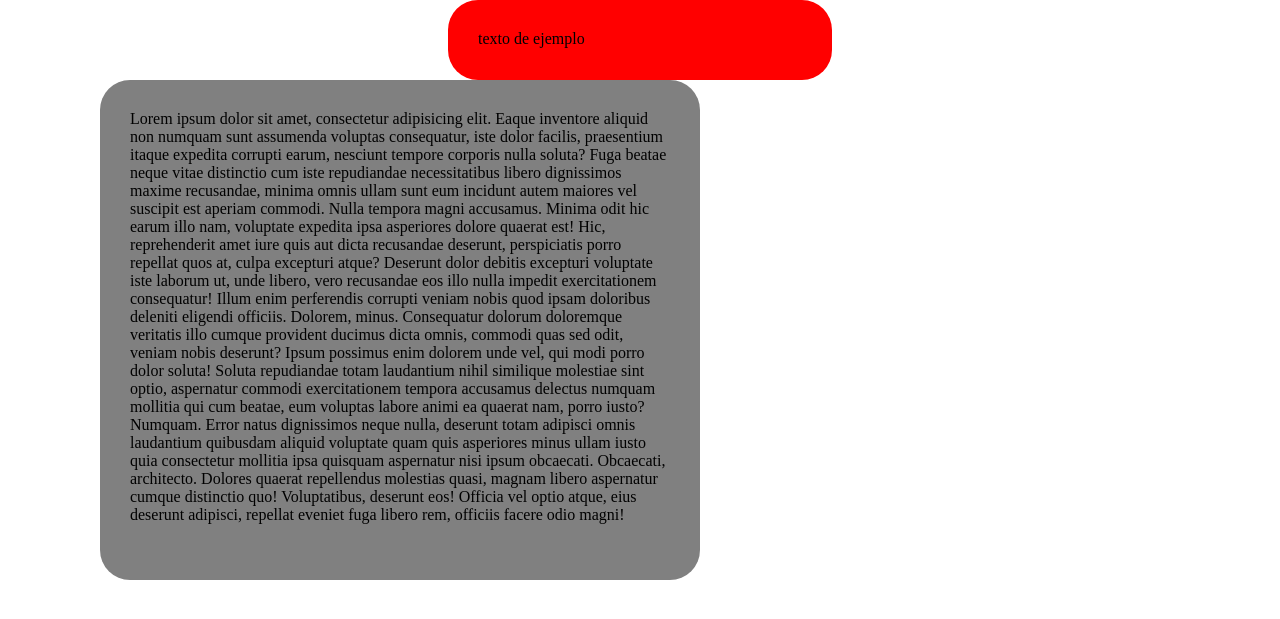
Repository: Daniel009980/daniel0099980
Page: desafio/index.html
An editor plug-in stored every save of this project. The page is shown before and after the next save, followed by the edit.
The browser window is 1280 px wide. The pictures show the whole page.

Above is the page before, as saved 2022-09-19 01:46:01.

### desafio/index.html
<!DOCTYPE html>
<html lang="en">
<head>
    <meta charset="UTF-8">
    <meta http-equiv="X-UA-Compatible" content="IE=edge">
    <meta name="viewport" content="width=device-width, initial-scale=1.0">
    <title>Desafio</title>
    <link rel="stylesheet" href="./style.css">
</head>
<body>

    <main>
        <div><p>texto de ejemplo</p></div>
        <section><p>Lorem ipsum dolor sit amet, consectetur adipisicing elit. Eaque inventore aliquid non numquam sunt assumenda voluptas consequatur, iste dolor facilis, praesentium itaque expedita corrupti earum, nesciunt tempore corporis nulla soluta?
        Fuga beatae neque vitae distinctio cum iste repudiandae necessitatibus libero dignissimos maxime recusandae, minima omnis ullam sunt eum incidunt autem maiores vel suscipit est aperiam commodi. Nulla tempora magni accusamus.
        Minima odit hic earum illo nam, voluptate expedita ipsa asperiores dolore quaerat est! Hic, reprehenderit amet iure quis aut dicta recusandae deserunt, perspiciatis porro repellat quos at, culpa excepturi atque?
        Deserunt dolor debitis excepturi voluptate iste laborum ut, unde libero, vero recusandae eos illo nulla impedit exercitationem consequatur! Illum enim perferendis corrupti veniam nobis quod ipsam doloribus deleniti eligendi officiis.
        Dolorem, minus. Consequatur dolorum doloremque veritatis illo cumque provident ducimus dicta omnis, commodi quas sed odit, veniam nobis deserunt? Ipsum possimus enim dolorem unde vel, qui modi porro dolor soluta!
        Soluta repudiandae totam laudantium nihil similique molestiae sint optio, aspernatur commodi exercitationem tempora accusamus delectus numquam mollitia qui cum beatae, eum voluptas labore animi ea quaerat nam, porro iusto? Numquam.
        Error natus dignissimos neque nulla, deserunt totam adipisci omnis laudantium quibusdam aliquid voluptate quam quis asperiores minus ullam iusto quia consectetur mollitia ipsa quisquam aspernatur nisi ipsum obcaecati. Obcaecati, architecto.
        Dolores quaerat repellendus molestias quasi, magnam libero aspernatur cumque distinctio quo! Voluptatibus, deserunt eos! Officia vel optio atque, eius deserunt adipisci, repellat eveniet fuga libero rem, officiis facere odio magni!</p></section>
    </main>
</body>
</html>

### desafio/style.css
*{
    box-sizing: border-box;
    margin: 0;
    padding: 0;
}


div{
    position: relative;
    border-radius: 30px;
    padding: 30px;
    background-color: red;
    width: 30%;
    min-width: 200px;
    min-height: 80px;
    margin: 0 auto;
}

section{
    left: 100px;
    position: absolute;
    padding: 30px;
    border-radius: 30px;
    width: 80%;
    min-width: 420px;
    max-width: 600px;               /* esto es para delimitar el tamaño del ancho de la seccionq ue estamos mandando a llamar */
    min-height: 500px;                  /* aqui le estamo diciendoa la seccion que su tamaño minimo sera de 500 pixeles pero si tiene mas contenido no deja de crecer hasta que el contenido termine de crecer y asi evitamos el overflow de contenido */
    margin: 0 auto;                         /* aqui significa que le agregue 0 de arriba y abajo pero que de los lados lo ajuste automaticamente por eso queda cemtrado */
    background-color: grey;
}

After the next save:
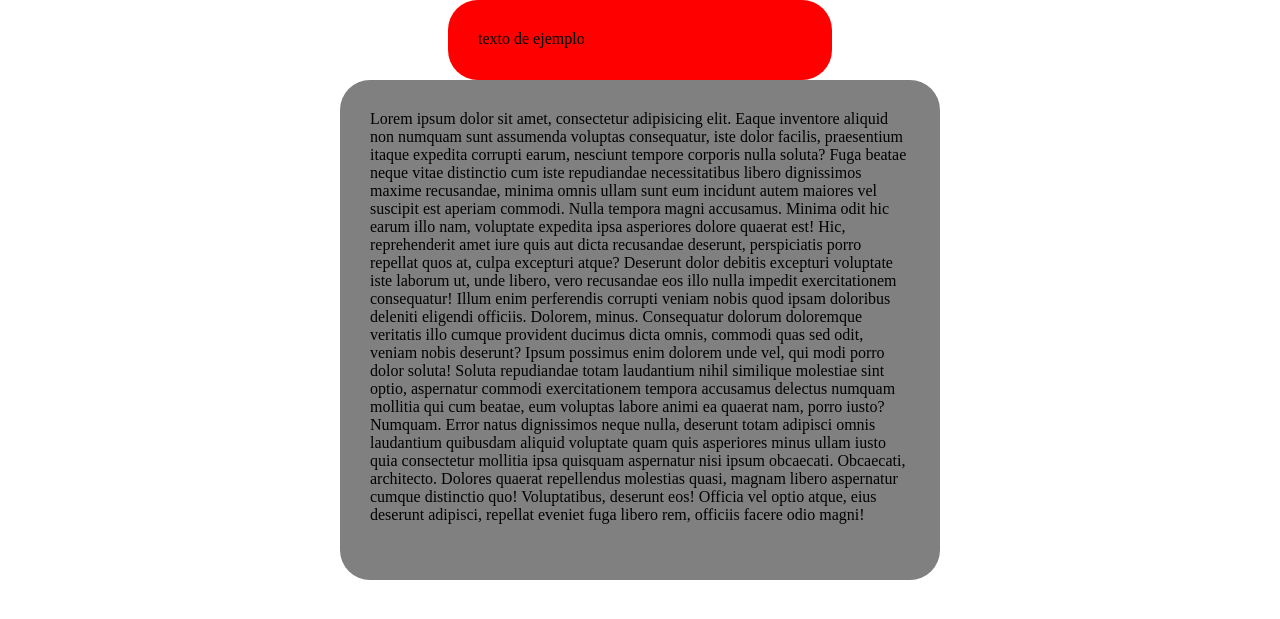
Saved 47 s later.
--- a/desafio/style.css
+++ b/desafio/style.css
@@ -17,8 +17,7 @@ div{
 }
 
 section{
-    left: 100px;
-    position: absolute;
+
     padding: 30px;
     border-radius: 30px;
     width: 80%;
